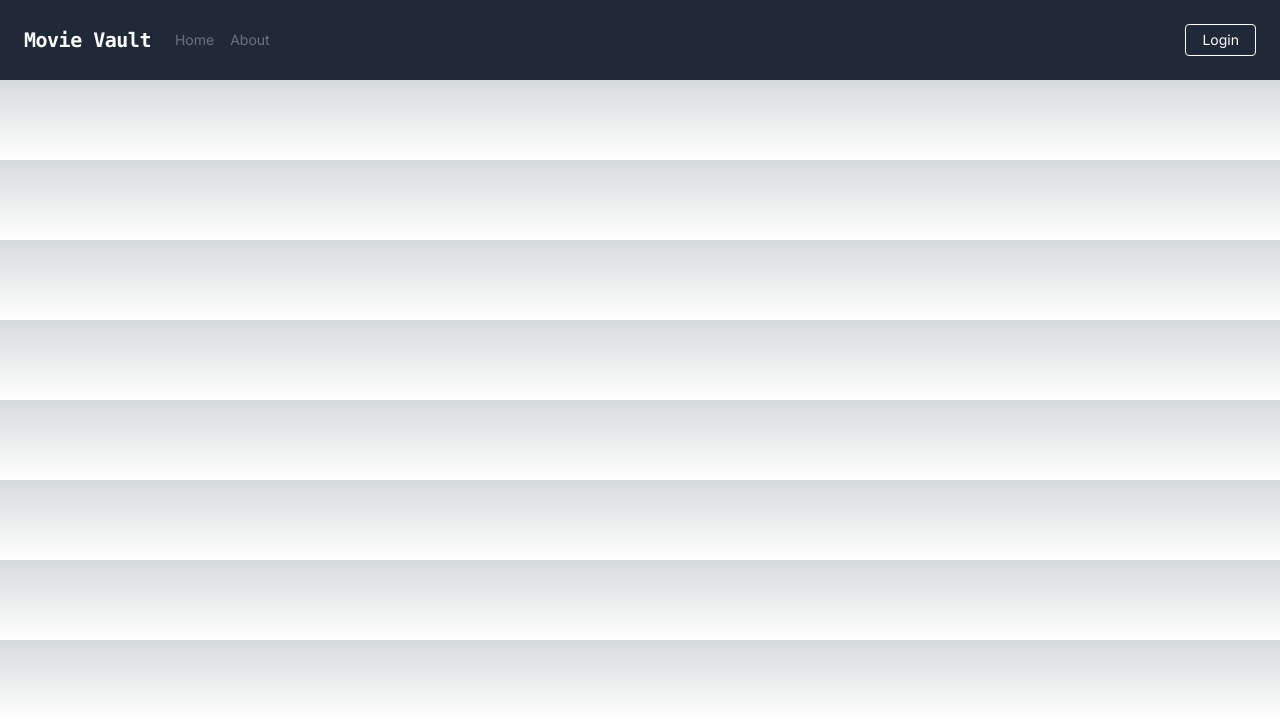
Repository: badhon252/Candidates-portal
Page: /login
An editor plug-in stored every save of this project. The page is shown before and after the next save, followed by the edit.
The browser window is 1280 px wide. The pictures show the whole page.
The project was rebuilt for these pictures with package versions that can differ from the ones it lists, and the page was loaded fresh each time. The framework's server and built-in components were replaced by stand-ins that run in the browser. Also part of the build but not shown: next.config.js.

Above is the page before, as saved 2023-05-31 17:41:19.

After the next save:
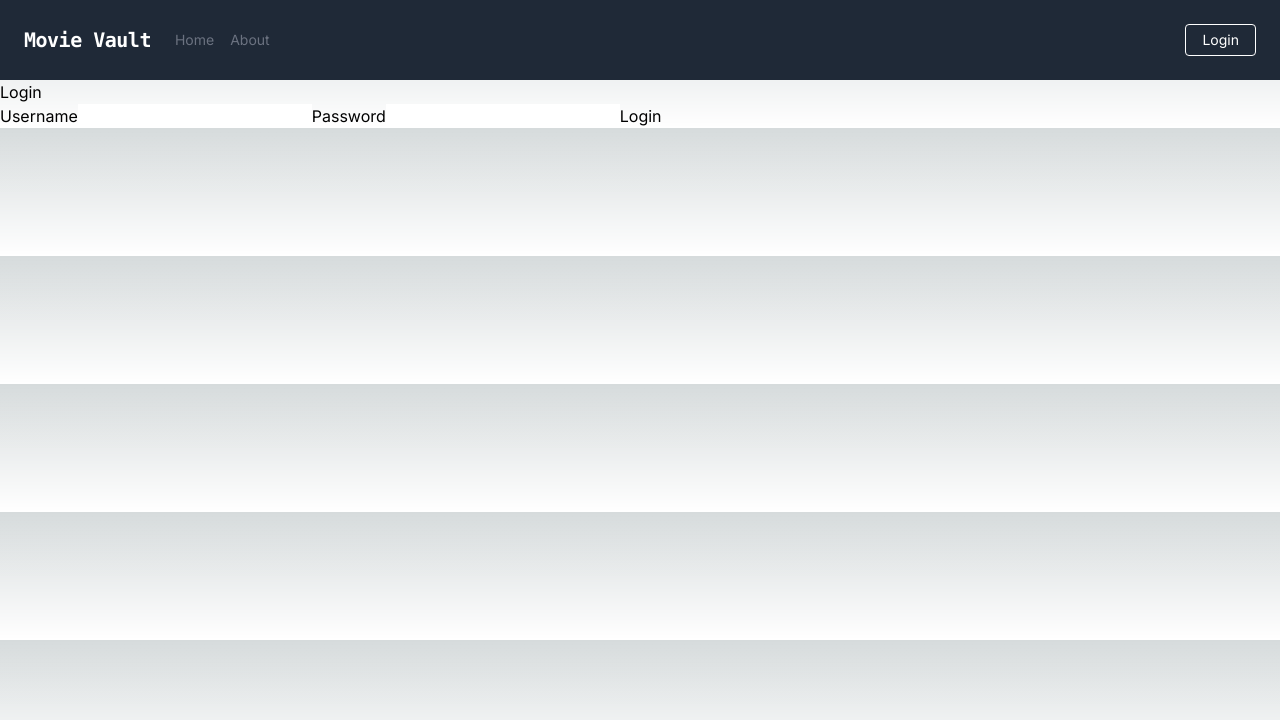
Saved 20 s later.
--- a/app/login/page.tsx
+++ b/app/login/page.tsx
@@ -1,5 +1,16 @@
 import React from "react";
 
 export default function login() {
-  return <div></div>;
+  return (
+    <div>
+      <h1>Login</h1>
+      <form>
+        <label htmlFor="username">Username</label>
+        <input type="text" name="username" id="username" />
+        <label htmlFor="password">Password</label>
+        <input type="password" name="password" id="password" />
+        <button type="submit">Login</button>
+      </form>
+    </div>
+  );
 }
